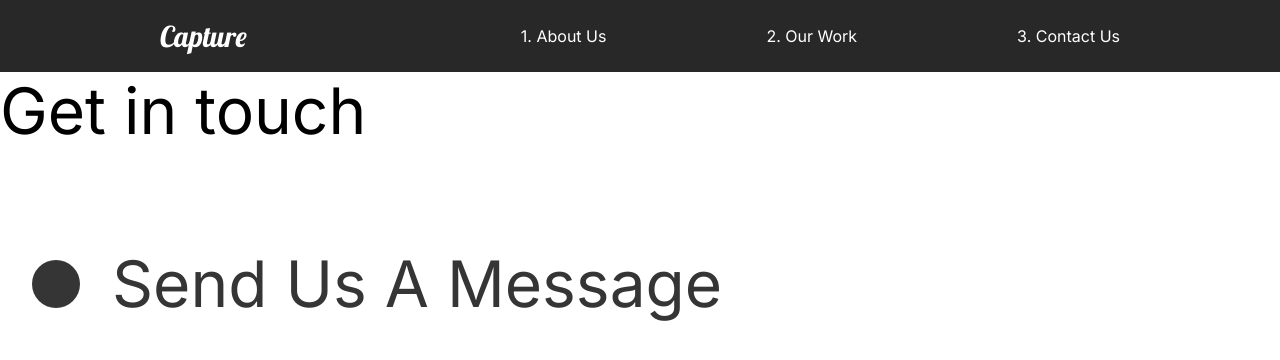
Repository: programmingwithlevi/capture
Page: /contact
The author's editor kept a copy of each file at every save. The page is drawn from the files as they stood at one save, then again after the next save.
The browser window is 1280 px wide. The pictures show the whole page.
The project was rebuilt for these pictures with package versions that can differ from the ones it lists, and the page was loaded fresh each time. Also part of the build but not shown: src/styles.js, src/components/Wave.js, src/components/AboutSection.js, src/components/UseScroll.js, src/components/ServicesSection.js, src/components/Toggle.js, src/components/FaqSection.js, src/pages/AboutUs.js and 3 more.

Above is the page before, as saved 2021-12-13 21:19:05.

After the next save:
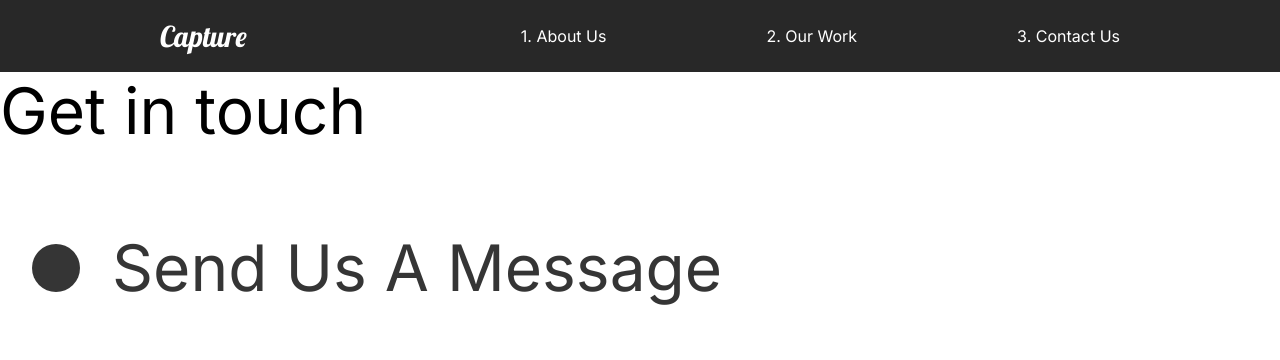
Saved 28 s later.
--- a/src/pages/ContactUs.js
+++ b/src/pages/ContactUs.js
@@ -33,7 +33,7 @@ const ContactStyle = styled(motion.div)`
     min-height: 90vh;
 `
 const Title = styled.div`
-    margin-bottom: 4rem;
+    margin-bottom: 3rem;
     color: black;
 `
 const Hide = styled.div`
